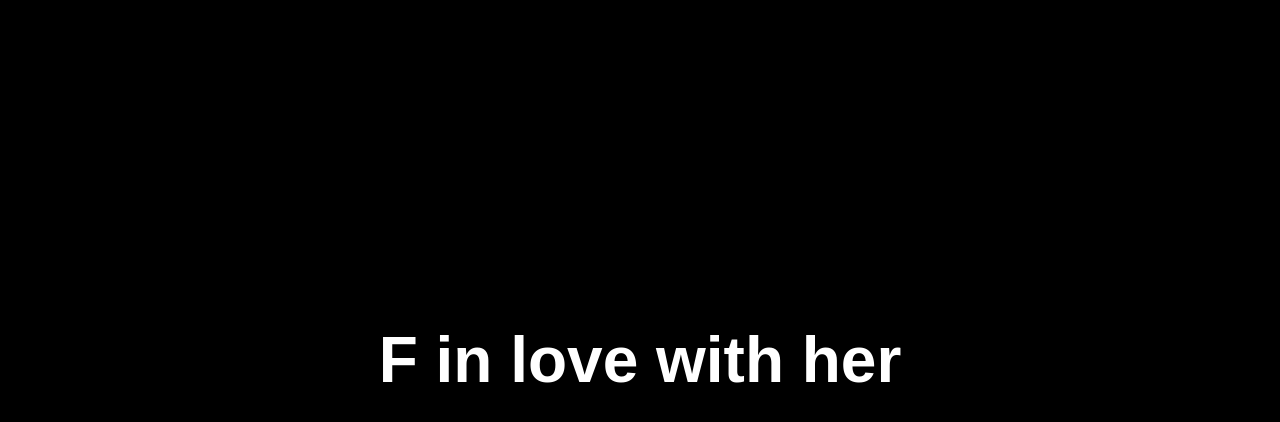
Repository: triumph-star/CSS-practice
Page: One CSS per day/broken/index.html
These files come from the project's save history. The page is drawn as it stood at one moment and after the next save; the edit follows.
The browser window is 1280 px wide. The pictures show the whole page.
Some web fonts or font styles are not loaded; a fallback is used.

Above is the page before, as saved 2020-11-13 16:00:35.

### One CSS per day/broken/index.html
<!DOCTYPE html>
<html lang="zh-cn">
<head>
  <meta charset="UTF-8">
  <meta name="viewport" content="width=device-width, initial-scale=1.0">
  <title>broken-text</title>
  <link rel="stylesheet" href="./css.css"></link>
</head>
<body>
  <h2><span>F</span> in love with her</h2>
</body>
</html>

### One CSS per day/broken/css.css
@import url(./font.css);

*{
  margin: 0;
  padding: 0;
  font-family: 'Poppins', sans-serif;
}

body{

  display: flex;
  justify-content: center;
  align-items: center;
  min-height: 100vh;
  background: #000000;
}

h2{
  position: relative;
  margin: 0;
  font-size: 4em;
  font-weight: 900;
  color: #ffffff;
  z-index: 1;
  overflow: hidden;
}

### One CSS per day/broken/font.css
/* devanagari */
@font-face {
  font-family: 'Poppins';
  font-style: normal;
  font-weight: 400;
  font-display: swap;
  src: local('Poppins Regular'), local('Poppins-Regular'), url(https://fonts.gstatic.com/s/poppins/v15/pxiEyp8kv8JHgFVrJJbecmNE.woff2) format('woff2');
  unicode-range: U+0900-097F, U+1CD0-1CF6, U+1CF8-1CF9, U+200C-200D, U+20A8, U+20B9, U+25CC, U+A830-A839, U+A8E0-A8FB;
}

/* latin-ext */
@font-face {
  font-family: 'Poppins';
  font-style: normal;
  font-weight: 400;
  font-display: swap;
  src: local('Poppins Regular'), local('Poppins-Regular'), url(https://fonts.gstatic.com/s/poppins/v15/pxiEyp8kv8JHgFVrJJnecmNE.woff2) format('woff2');
  unicode-range: U+0100-024F, U+0259, U+1E00-1EFF, U+2020, U+20A0-20AB, U+20AD-20CF, U+2113, U+2C60-2C7F, U+A720-A7FF;
}

/* latin */
@font-face {
  font-family: 'Poppins';
  font-style: normal;
  font-weight: 400;
  font-display: swap;
  src: local('Poppins Regular'), local('Poppins-Regular'), url(https://fonts.gstatic.com/s/poppins/v15/pxiEyp8kv8JHgFVrJJfecg.woff2) format('woff2');
  unicode-range: U+0000-00FF, U+0131, U+0152-0153, U+02BB-02BC, U+02C6, U+02DA, U+02DC, U+2000-206F, U+2074, U+20AC, U+2122, U+2191, U+2193, U+2212, U+2215, U+FEFF, U+FFFD;
}

/* devanagari */
@font-face {
  font-family: 'Poppins';
  font-style: normal;
  font-weight: 500;
  font-display: swap;
  src: local('Poppins Medium'), local('Poppins-Medium'), url(https://fonts.gstatic.com/s/poppins/v15/pxiByp8kv8JHgFVrLGT9Z11lFc-K.woff2) format('woff2');
  unicode-range: U+0900-097F, U+1CD0-1CF6, U+1CF8-1CF9, U+200C-200D, U+20A8, U+20B9, U+25CC, U+A830-A839, U+A8E0-A8FB;
}

/* latin-ext */
@font-face {
  font-family: 'Poppins';
  font-style: normal;
  font-weight: 500;
  font-display: swap;
  src: local('Poppins Medium'), local('Poppins-Medium'), url(https://fonts.gstatic.com/s/poppins/v15/pxiByp8kv8JHgFVrLGT9Z1JlFc-K.woff2) format('woff2');
  unicode-range: U+0100-024F, U+0259, U+1E00-1EFF, U+2020, U+20A0-20AB, U+20AD-20CF, U+2113, U+2C60-2C7F, U+A720-A7FF;
}

/* latin */
@font-face {
  font-family: 'Poppins';
  font-style: normal;
  font-weight: 500;
  font-display: swap;
  src: local('Poppins Medium'), local('Poppins-Medium'), url(https://fonts.gstatic.com/s/poppins/v15/pxiByp8kv8JHgFVrLGT9Z1xlFQ.woff2) format('woff2');
  unicode-range: U+0000-00FF, U+0131, U+0152-0153, U+02BB-02BC, U+02C6, U+02DA, U+02DC, U+2000-206F, U+2074, U+20AC, U+2122, U+2191, U+2193, U+2212, U+2215, U+FEFF, U+FFFD;
}

/* devanagari */
@font-face {
  font-family: 'Poppins';
  font-style: normal;
  font-weight: 600;
  font-display: swap;
  src: local('Poppins SemiBold'), local('Poppins-SemiBold'), url(https://fonts.gstatic.com/s/poppins/v15/pxiByp8kv8JHgFVrLEj6Z11lFc-K.woff2) format('woff2');
  unicode-range: U+0900-097F, U+1CD0-1CF6, U+1CF8-1CF9, U+200C-200D, U+20A8, U+20B9, U+25CC, U+A830-A839, U+A8E0-A8FB;
}

/* latin-ext */
@font-face {
  font-family: 'Poppins';
  font-style: normal;
  font-weight: 600;
  font-display: swap;
  src: local('Poppins SemiBold'), local('Poppins-SemiBold'), url(https://fonts.gstatic.com/s/poppins/v15/pxiByp8kv8JHgFVrLEj6Z1JlFc-K.woff2) format('woff2');
  unicode-range: U+0100-024F, U+0259, U+1E00-1EFF, U+2020, U+20A0-20AB, U+20AD-20CF, U+2113, U+2C60-2C7F, U+A720-A7FF;
}

/* latin */
@font-face {
  font-family: 'Poppins';
  font-style: normal;
  font-weight: 600;
  font-display: swap;
  src: local('Poppins SemiBold'), local('Poppins-SemiBold'), url(https://fonts.gstatic.com/s/poppins/v15/pxiByp8kv8JHgFVrLEj6Z1xlFQ.woff2) format('woff2');
  unicode-range: U+0000-00FF, U+0131, U+0152-0153, U+02BB-02BC, U+02C6, U+02DA, U+02DC, U+2000-206F, U+2074, U+20AC, U+2122, U+2191, U+2193, U+2212, U+2215, U+FEFF, U+FFFD;
}

/* devanagari */
@font-face {
  font-family: 'Poppins';
  font-style: normal;
  font-weight: 700;
  font-display: swap;
  src: local('Poppins Bold'), local('Poppins-Bold'), url(https://fonts.gstatic.com/s/poppins/v15/pxiByp8kv8JHgFVrLCz7Z11lFc-K.woff2) format('woff2');
  unicode-range: U+0900-097F, U+1CD0-1CF6, U+1CF8-1CF9, U+200C-200D, U+20A8, U+20B9, U+25CC, U+A830-A839, U+A8E0-A8FB;
}

/* latin-ext */
@font-face {
  font-family: 'Poppins';
  font-style: normal;
  font-weight: 700;
  font-display: swap;
  src: local('Poppins Bold'), local('Poppins-Bold'), url(https://fonts.gstatic.com/s/poppins/v15/pxiByp8kv8JHgFVrLCz7Z1JlFc-K.woff2) format('woff2');
  unicode-range: U+0100-024F, U+0259, U+1E00-1EFF, U+2020, U+20A0-20AB, U+20AD-20CF, U+2113, U+2C60-2C7F, U+A720-A7FF;
}

/* latin */
@font-face {
  font-family: 'Poppins';
  font-style: normal;
  font-weight: 700;
  font-display: swap;
  src: local('Poppins Bold'), local('Poppins-Bold'), url(https://fonts.gstatic.com/s/poppins/v15/pxiByp8kv8JHgFVrLCz7Z1xlFQ.woff2) format('woff2');
  unicode-range: U+0000-00FF, U+0131, U+0152-0153, U+02BB-02BC, U+02C6, U+02DA, U+02DC, U+2000-206F, U+2074, U+20AC, U+2122, U+2191, U+2193, U+2212, U+2215, U+FEFF, U+FFFD;
}

/* devanagari */
@font-face {
  font-family: 'Poppins';
  font-style: normal;
  font-weight: 800;
  font-display: swap;
  src: local('Poppins ExtraBold'), local('Poppins-ExtraBold'), url(https://fonts.gstatic.com/s/poppins/v15/pxiByp8kv8JHgFVrLDD4Z11lFc-K.woff2) format('woff2');
  unicode-range: U+0900-097F, U+1CD0-1CF6, U+1CF8-1CF9, U+200C-200D, U+20A8, U+20B9, U+25CC, U+A830-A839, U+A8E0-A8FB;
}

/* latin-ext */
@font-face {
  font-family: 'Poppins';
  font-style: normal;
  font-weight: 800;
  font-display: swap;
  src: local('Poppins ExtraBold'), local('Poppins-ExtraBold'), url(https://fonts.gstatic.com/s/poppins/v15/pxiByp8kv8JHgFVrLDD4Z1JlFc-K.woff2) format('woff2');
  unicode-range: U+0100-024F, U+0259, U+1E00-1EFF, U+2020, U+20A0-20AB, U+20AD-20CF, U+2113, U+2C60-2C7F, U+A720-A7FF;
}

/* latin */
@font-face {
  font-family: 'Poppins';
  font-style: normal;
  font-weight: 800;
  font-display: swap;
  src: local('Poppins ExtraBold'), local('Poppins-ExtraBold'), url(https://fonts.gstatic.com/s/poppins/v15/pxiByp8kv8JHgFVrLDD4Z1xlFQ.woff2) format('woff2');
  unicode-range: U+0000-00FF, U+0131, U+0152-0153, U+02BB-02BC, U+02C6, U+02DA, U+02DC, U+2000-206F, U+2074, U+20AC, U+2122, U+2191, U+2193, U+2212, U+2215, U+FEFF, U+FFFD;
}

/* devanagari */
@font-face {
  font-family: 'Poppins';
  font-style: normal;
  font-weight: 900;
  font-display: swap;
  src: local('Poppins Black'), local('Poppins-Black'), url(https://fonts.gstatic.com/s/poppins/v15/pxiByp8kv8JHgFVrLBT5Z11lFc-K.woff2) format('woff2');
  unicode-range: U+0900-097F, U+1CD0-1CF6, U+1CF8-1CF9, U+200C-200D, U+20A8, U+20B9, U+25CC, U+A830-A839, U+A8E0-A8FB;
}

/* latin-ext */
@font-face {
  font-family: 'Poppins';
  font-style: normal;
  font-weight: 900;
  font-display: swap;
  src: local('Poppins Black'), local('Poppins-Black'), url(https://fonts.gstatic.com/s/poppins/v15/pxiByp8kv8JHgFVrLBT5Z1JlFc-K.woff2) format('woff2');
  unicode-range: U+0100-024F, U+0259, U+1E00-1EFF, U+2020, U+20A0-20AB, U+20AD-20CF, U+2113, U+2C60-2C7F, U+A720-A7FF;
}

/* latin */
@font-face {
  font-family: 'Poppins';
  font-style: normal;
  font-weight: 900;
  font-display: swap;
  src: local('Poppins Black'), local('Poppins-Black'), url(https://fonts.gstatic.com/s/poppins/v15/pxiByp8kv8JHgFVrLBT5Z1xlFQ.woff2) format('woff2');
  unicode-range: U+0000-00FF, U+0131, U+0152-0153, U+02BB-02BC, U+02C6, U+02DA, U+02DC, U+2000-206F, U+2074, U+20AC, U+2122, U+2191, U+2193, U+2212, U+2215, U+FEFF, U+FFFD;
}

After the next save:
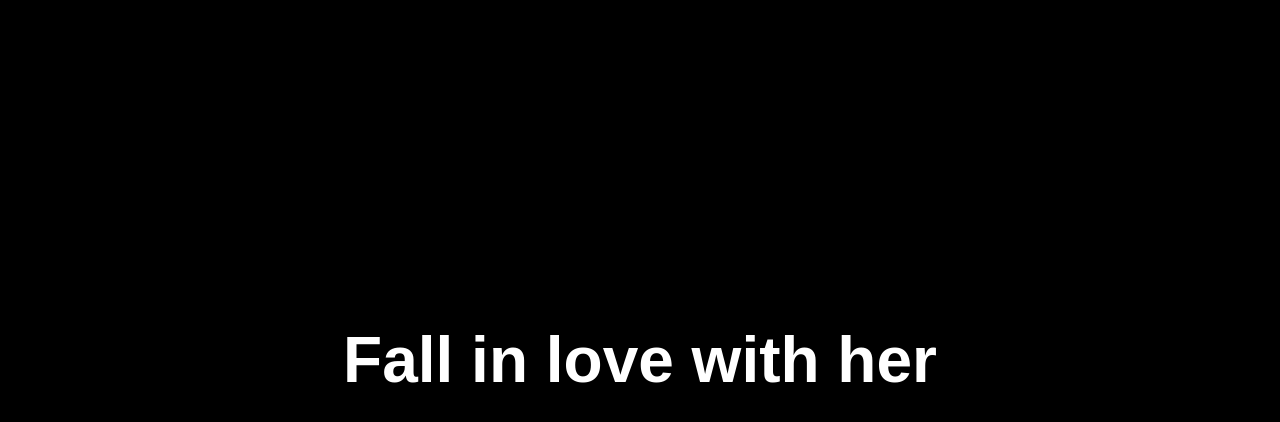
Saved 4 s later.
--- a/One CSS per day/broken/index.html
+++ b/One CSS per day/broken/index.html
@@ -7,6 +7,6 @@
   <link rel="stylesheet" href="./css.css"></link>
 </head>
 <body>
-  <h2><span>F</span> in love with her</h2>
+  <h2><span>F</span>all in love with her</h2>
 </body>
 </html>
